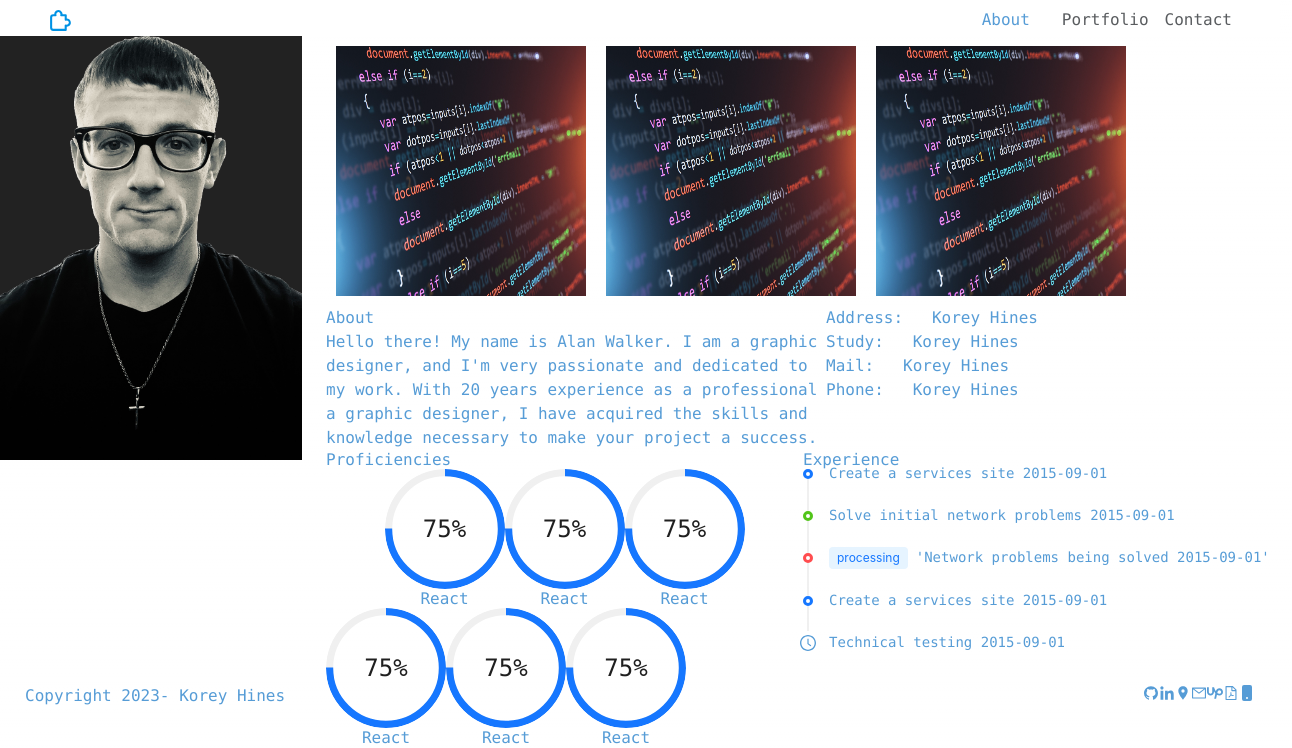
Repository: devkthines/next-portfolio-v2
Page: /about
The author's editor kept a copy of each file at every save. The page is drawn from the files as they stood at one save, then again after a run of saves.
The browser window is 1280 px wide. The page is 1292 px wide, so the pictures cover 1292 px, including what lies to the right of the window. The pictures show the whole page.
The project was rebuilt for these pictures with package versions that can differ from the ones it lists, and the page was loaded fresh each time. The framework's server and built-in components were replaced by stand-ins that run in the browser. Also part of the build but not shown: next.config.js.

Above is the page before, as saved 2023-09-25 22:31:42.

### src/app/layout.tsx
import 'bootstrap/dist/css/bootstrap.css';
import './globals.css'
import '../../css/style.css'
import '../../css/mobile.css'
import type { Metadata } from 'next'
import { Inter } from 'next/font/google'
import TopNav from './components/topNav'
import Footer from './components/footer'
import BottomNav from './components/bottomNav'
// Put any other imports below so that CSS from your
// components takes precedence over default styles.
const inter = Inter({ subsets: ['latin'] })

export const metadata: Metadata = {
  title: "&lt;Korey ❤️ Coding/&gt;",
  description: 'Generated by create next app',
  icons: '/puzzle-piece.svg'
}

export default function RootLayout({
  children,
}: {
  children: React.ReactNode
}) {
  return (
    <html lang="en">
      <head>
        <link rel="shortcut icon" href="/puzzle-piece.svg" type="image/x-icon" />
      </head>
      <body className={inter.className}>
        <TopNav />
        {children}
        <Footer />
        <BottomNav />
      </body>
    </html>
  )
}

### src/app/about/page.js
'use client'
import Container from 'react-bootstrap/Container';
import Row from 'react-bootstrap/Row';
import Col from 'react-bootstrap/Col';
import Button from 'react-bootstrap/Button';
import Card from 'react-bootstrap/Card';
import { Progress, Space } from 'antd';
import { ClockCircleOutlined } from '@ant-design/icons';
import { Timeline } from 'antd';
import Image from 'next/image';
import { Descriptions } from 'antd';
import { Divider, Tag } from 'antd'
import { CaretRightOutlined } from '@ant-design/icons'
const items = [
  {
    key: '1',
    label: 'Name',
    children: 'Zhou Maomao',
  },
  {
    key: '2',
    label: 'Telephone',
    children: '209-366-9363',
  },
  {
    key: '3',
    label: 'Study',
    children: 'Software Engineering',
  },
  {
    key: '4',
    label: 'email',
    children: 'dev.kthines@gmail.com',
  },
  {
    key: '5',
    label: 'Address',
    children: 'Lodi, CA',
  },
];




export default function About() {

  return (
    <div id='about'>

      <Row>

        <Col xs={3} id=''>
          <img variant="top" id='aboutImg' src='/images/IMG-update.jpg' /> </Col>
        <Col xs={9}>
          <div>
            <div id='aboutImgs' className='d-flex'>
              <img className='aboutImgs' src="/images/webstorm-vs-vscode.jpeg" alt="" />
              <img className='aboutImgs' src="/images/webstorm-vs-vscode.jpeg" alt="" />
              <img className='aboutImgs' src="/images/webstorm-vs-vscode.jpeg" alt="" />
            </div>
            <div className='d-flex'>
              <div id='abouttext'>
                <span className='spanabout'>About</span>
                <p>Hello there! My name is Alan Walker. I am
                  a graphic designer, and I'm very passionate and dedicated to my work.
                  With 20 years experience as a professional a graphic designer,
                  I have acquired the skills and knowledge necessary to make your project a success.</p>
              </div>
                <ul>
                <li>Address: &nbsp;  Korey Hines</li>
                <li>Study: &nbsp;  Korey Hines</li>
                <li>Mail: &nbsp;  Korey Hines</li>
                <li>Phone: &nbsp;  Korey Hines</li>
                </ul>
            </div>
            <div id='' className='d-flex'>
              <div id='progress'>
                <h1>Proficiencies</h1>
                <div className='d-flex justify-content-center'>
                  <div className='text-center'><Progress strokeLinecap="butt" type="circle" percent={75} /><h6>React</h6></div>
                  <div className='text-center'><Progress strokeLinecap="butt" type="circle" percent={75} /><h6>React</h6></div>
                  <div className='text-center'><Progress strokeLinecap="butt" type="circle" percent={75} /><h6>React</h6></div>
                </div>
                <div className='d-flex'>
                  <div className='text-center'><Progress strokeLinecap="butt" type="circle" percent={75} /><h6>React</h6></div>
                  <div className='text-center'><Progress strokeLinecap="butt" type="circle" percent={75} /><h6>React</h6></div>
                  <div className='text-center'><Progress strokeLinecap="butt" type="circle" percent={75} /><h6>React</h6></div>
                </div>
              </div>
              <div id='timeline'>
                <h1>Experience</h1>
                <Timeline
                  // mode="alternate"
                  items={[
                    {
                      children: 'Create a services site 2015-09-01',
                    },
                    {
                      children: 'Solve initial network problems 2015-09-01',
                      color: 'green',
                    },
                    {
                      color: 'red',
                      children: <><Tag bordered={false} color="processing">
                        processing
                      </Tag>'Network problems being solved 2015-09-01'</>,
                    },
                    {
                      children: 'Create a services site 2015-09-01',
                    },
                    {
                      dot: <ClockCircleOutlined style={{ fontSize: '16px' }} />,
                      children: 'Technical testing 2015-09-01',
                    },
                  ]}
                />
              </div>
              <div>
                </div>
                </div>
           </div>
              </Col>


            </Row>

          </div>
          )
}

### css/style.css
* {
    box-sizing: border-box;
    margin: 0;
    padding: 0;
    font-family: Consolas, "Courier New", monospace;
    /* background-color: #222222; */
    color: #569cd6;

}

body {
    background-color: white;
}

.infoSection {
    /* width: 80vw; */
    height: 90vh;
    /* display: flex; */
    /* justify-content: center; */
    /* margin-bottom: 20vh; */
    background-color: #222222;
    border-bottom: 3px solid #569cd6;
}

#infoCol {
    display: flex;
    justify-content: center;
}

.aboutSection {
    /* width: 80vw; */
    padding-top: 100px;
    /* height: 70vh; */
    background: linear-gradient(#222222, rgb(24, 24, 24));
}

#portrait {
    width: 40vw;
    height: 80vh;
    /* border-radius: 0 0 2rem 2rem; */
}

#portraitCol {
    display: flex;
    justify-content: center;
}

#portrait:hover {
    transform: rotateX(180deg);
}

.imgTest {
    margin: 10px;
}

.imgTest:active {
    flex-grow: 10000;
    transform: scale(1);

    max-width: 600px;
    margin: 0px;
    border-radius: 40px;

    background-size: auto 100%;
}

.tab-content {
    height: 100% !important;
    margin-left: 25% !important;
}

/* .color-change{
    background-color: greenyellow;
} */
.noShow {
    display: none;
}

.buttonShow {
    display: block;
}

#tile1 {
    width: 700px;
    height: 500px;
}

#experience {
    padding-top: 50px;
    height: auto;
}

main {
    display: flex;
    flex-direction: column;
    justify-content: center;
    align-items: center;
}

.middle {
    transition: .5s ease;
    opacity: 0;
    position: absolute;
    top: 50%;
    left: 50%;
    transform: translate(-50%, -50%);
    -ms-transform: translate(-50%, -50%);
    text-align: center;
}

#imageTile1 {
    position: relative;
    width: 40vw;
    height: 70vh;
}

#tile1 {
    width: 100%;
    height: 100%;
}

#imageTile1:hover #tile1 {
    opacity: 0.3;
}

#imageTile1:hover .middle {
    opacity: 1;
}

.text {
    background-color: #04AA6D;
    color: white;
    font-size: 16px;
    padding: 16px 32px;
}

#no-expand {
    display: none;

}

#expandIt {
    display: block;
}

.no-Display {
    display: none;
}

.okToDisplay {
    display: block;
}

a.nav-link {
    color: #569cd6;
}


#topNav {
    background-color: white;
    display: none;
    /* position: fixed; */
    /* top: 0; */
    width: 100%;
    height: 5vh;
}

#footer {
    display: flex;
    justify-content: space-between;
    padding: 0 25px;
}

#bottomNav {
    display: flex;
    position: fixed;
    bottom: 0;
    width: 100%;
    background-color: white;
    font-size: 16px;
}
#about{
    /* margin-top: 10vh; */
    height: 90vh;
    /* overflow: hidden; */
}

#aboutImg{
    width: 400px;
    /* height: ; */
    /* padding: 15px 15px 30px; */
}
#aboutcard{
    box-shadow: 0 4px 6px rgba(0, 0, 0, .3);
    /* height: fit-content; */
    /* width: 400px; */

}
.interests{
    width: 200px;
    height: 300px;
}
.interestImg{
    width: 200px;
    height: 200px;
}
#abtTop{
    height: 45vh;
}
#abtBtm{
    height: 45vh;
}
#abtLeft{
    /* width: 25vw; */
}
#abtRight{
    /* width: 75vw; */
}
.aboutImgs{
    width: 250px;
    height: 250px;
    margin: 10px;
}
#aboutImgs{

}
.spanabout ::after{
margin-left: 25px;
width: 5000px;
height: 1px;
background-color: #7d7789;
left: 100%;
top: 50%;
}
#abouttext{
width: 500px;
}
#progress{
width: 500px;

}
#timeline{
    width: 500px;
}

### css/mobile.css
@media screen and (min-width: 640px){

    /* background-color: green!important; */
    #portrait{
        width: 500px;
        height: 500px;
        /* border-radius: 0 0 2rem 2rem; */

    }

main{
    /* color: white!important; */
}
}
@media screen and (min-width: 768px){
#portraitCol{

    justify-content: start;
}
#infoCol{
    justify-content: end;
    /* text-align: end; */
}
}
@media screen and (min-width: 1024px){
    #portrait{
        width: 600px;
        height: 600px;
        /* border-radius: 0 0 2rem 2rem; */
    }
    #topNav{
        display:flex ;
    }
    #bottomNav{
        display: none;
    }
}
@media screen and (min-width: 1280px){

}
@media screen and (min-width: 1536px){

}

### src/app/components/topNav.js
'use client';
import Nav from 'react-bootstrap/Nav';
import Image from 'next/image';


export default function TopNav(){

    return(
        <header>
        {/* <Navbar id='topNav' className={`${color ? 'color-change' : ''}`} sticky='top' expand="lg" > */}

        <Nav id='topNav' variant="underline" defaultActiveKey="/home" className='d-flex justify-content-between'>
       <div className='ms-5'><Nav.Item>
          <Nav.Link href="/"><Image width={25} height={25} id='navbrand' src="/puzzle-piece.svg" alt="" /></Nav.Link>
        </Nav.Item></div>
        <div className='d-flex me-5'><Nav.Item className='px-3'>
          <Nav.Link href="/about">About</Nav.Link>
        </Nav.Item>
        <Nav.Item className='px-3'>
          <Nav.Link eventKey="disabled" disabled>
            Portfolio
          </Nav.Link>
        </Nav.Item>
        <Nav.Item>
          <Nav.Link eventKey="disabled" disabled>
            Contact
          </Nav.Link>
        </Nav.Item>
        </div>
      </Nav>
      </header>
    )
} ;

### src/app/components/footer.js
'use client'

import OverlayTrigger from 'react-bootstrap/OverlayTrigger';
import Card from 'react-bootstrap/Card';
import { AiFillGithub } from 'react-icons/ai';
import { GrLinkedinOption } from 'react-icons/gr';
import { MdVolunteerActivism } from 'react-icons/md';
import { IoLogoCss3 } from 'react-icons/io';
import { IoLogoJavascript } from 'react-icons/io';
import { CgGym } from 'react-icons/cg';
import { AiOutlineMail } from 'react-icons/ai';
import { AiOutlineFilePdf } from 'react-icons/ai';
import { BsFillPhoneFill } from 'react-icons/bs';
import { MdLocationOn } from 'react-icons/md';
import { SiUpwork } from 'react-icons/si';
// import PicOfMe from '/images/image_67220481.JPG'
import Container from 'react-bootstrap/Container';
import Row from 'react-bootstrap/Row';
import Col from 'react-bootstrap/Col';
import { useEffect } from 'react';
import Tooltip from 'react-bootstrap/Tooltip';
import $ from 'jquery'

 export default function Footer(){
    const btnName = {
        'gitHub': {
          'id': 1,
          "placement": "bottom",
          "info": "gitHub",
          "icon": <a href="https://github.com/devkthines" target='_blank'>
            <button className='quickLinks'><AiFillGithub /></button></a>
        },
        'linkedIn': {
          'id': 2,
          "placement": "bottom",
          "info": "linkedIn",
          "icon": <a href="https://www.linkedin.com/in/korey-hines-17b0a9263" target='_blank'><button className='quickLinks'><GrLinkedinOption />
          </button></a>
        },
        'gMaps': {
          'id': 3,
          "placement": "bottom",
          "info": "gMaps",
          "icon": <a href="https://goo.gl/maps/BovFkBEjUMQ6VBob9" target='_blank'>
            <button className='quickLinks'><MdLocationOn /></button></a>
        },
        'gMail': {
          'id': 4,
          "placement": "bottom",
          "info": "gMail",
          "icon": <a href="mailto:dev.kthines@gmail.com"><button className='quickLinks'><AiOutlineMail /></button></a>
        },
        'upWork': {
          'id': 5,
          "placement": "bottom",
          "info": "upWork",
          "icon": <a href="https://www.upwork.com/freelancers/~01ae4feb16c6fa7213?viewMode=1" target='_blank'>
            <button className='quickLinks'><SiUpwork /></button></a>
        },
        'redPDF': {
          'id': 6,
          "placement": "bottom",
          "info": "resume",
          "icon": <a className='aLink' target="_blank" href="/files/hinesResume.pdf">
            <button className='quickLinks'><AiOutlineFilePdf /></button></a>
        },
        'phone': {
          'id': 7,
          "placement": "bottom",
          "info": "phone",
          "icon": <a href="tel:2093669363" >  <button className='quickLinks'><BsFillPhoneFill /></button></a>
        }
      }
    return(
        <>
        <footer id='footer'><p>Copyright 2023- Korey Hines</p>
       <div> {Object.entries(btnName).map(([k, v]) => (
                <div className='d-inline-block' key={v.id}>
                  <OverlayTrigger
                    trigger="hover"
                    key={v.id}
                    placement={v.placement}
                    overlay={

                      <Tooltip id={`tooltip-${v.placement}`}>
                        {v.info}
                      </Tooltip>
                    }
                  >
                    {v.icon}
                  </OverlayTrigger>
                </div>))}
</div>
        </footer>
        </>
    )
 }

### src/app/components/bottomNav.js
'use client'
import Nav from 'react-bootstrap/Nav';
import Image from 'next/image';
export default function BottomNav(){

    return(
        <>
        <Nav id='bottomNav' className="justify-content-center" activeKey="/home">
        <Nav.Item>
          <Nav.Link href="/"><Image width={25} height={25} id='navbrand' src="/puzzle-piece.svg" alt="" /></Nav.Link>
        </Nav.Item>
        <Nav.Item>
          <Nav.Link eventKey="link-1">About</Nav.Link>
        </Nav.Item>
        <Nav.Item>
          <Nav.Link eventKey="link-2">Portfolio</Nav.Link>
        </Nav.Item>
        <Nav.Item>
          <Nav.Link eventKey="disabled" disabled>
            Contact
          </Nav.Link>
        </Nav.Item>
      </Nav>
        </>
    )
}

Loaded but not shown: src/app/globals.css (common file); tailwind.config.ts (common file)

After the next 2 saves:
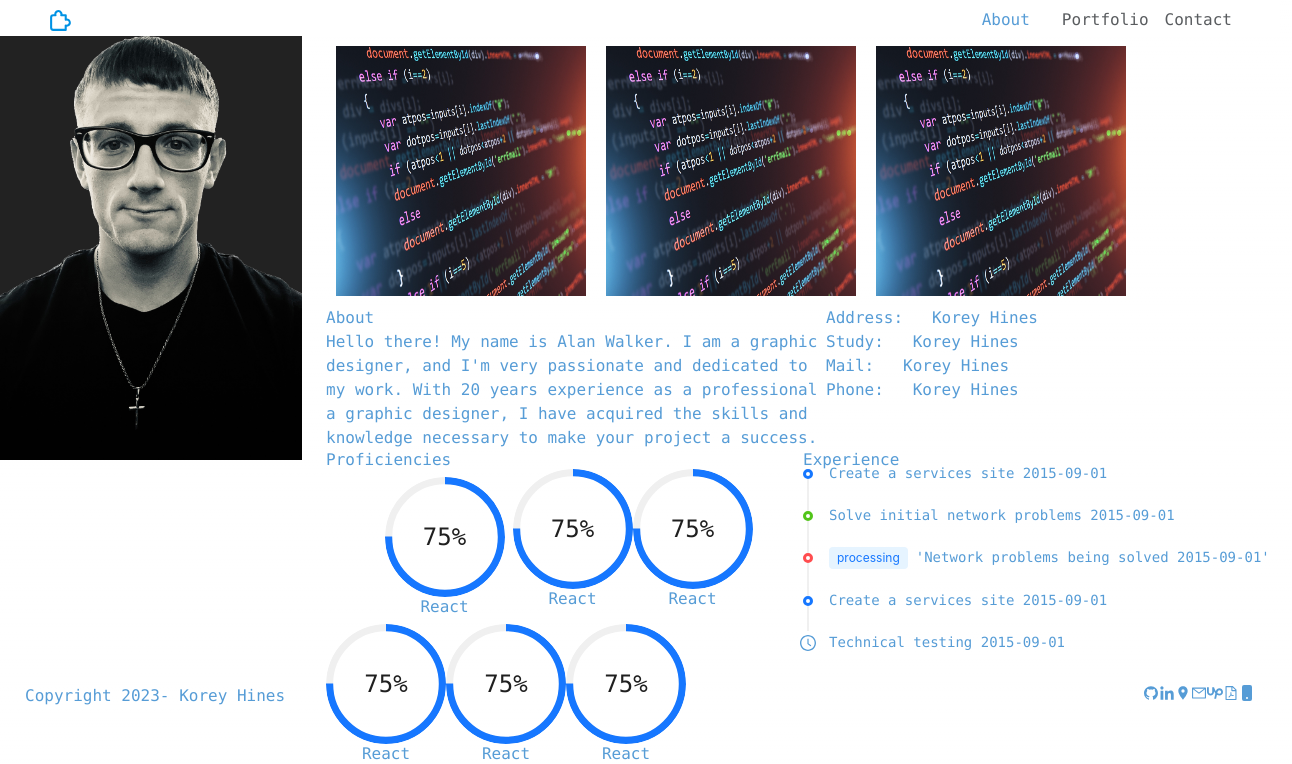
The 2 saves are shown as one change because they came seconds apart.
The last was saved 14 s later.
--- a/src/app/about/page.js
+++ b/src/app/about/page.js
@@ -77,7 +77,7 @@ export default function About() {
               <div id='progress'>
                 <h1>Proficiencies</h1>
                 <div className='d-flex justify-content-center'>
-                  <div className='text-center'><Progress strokeLinecap="butt" type="circle" percent={75} /><h6>React</h6></div>
+                  <div className='text-center m-2'><Progress strokeLinecap="butt" type="circle" percent={75} /><h6>React</h6></div>
                   <div className='text-center'><Progress strokeLinecap="butt" type="circle" percent={75} /><h6>React</h6></div>
                   <div className='text-center'><Progress strokeLinecap="butt" type="circle" percent={75} /><h6>React</h6></div>
                 </div>
